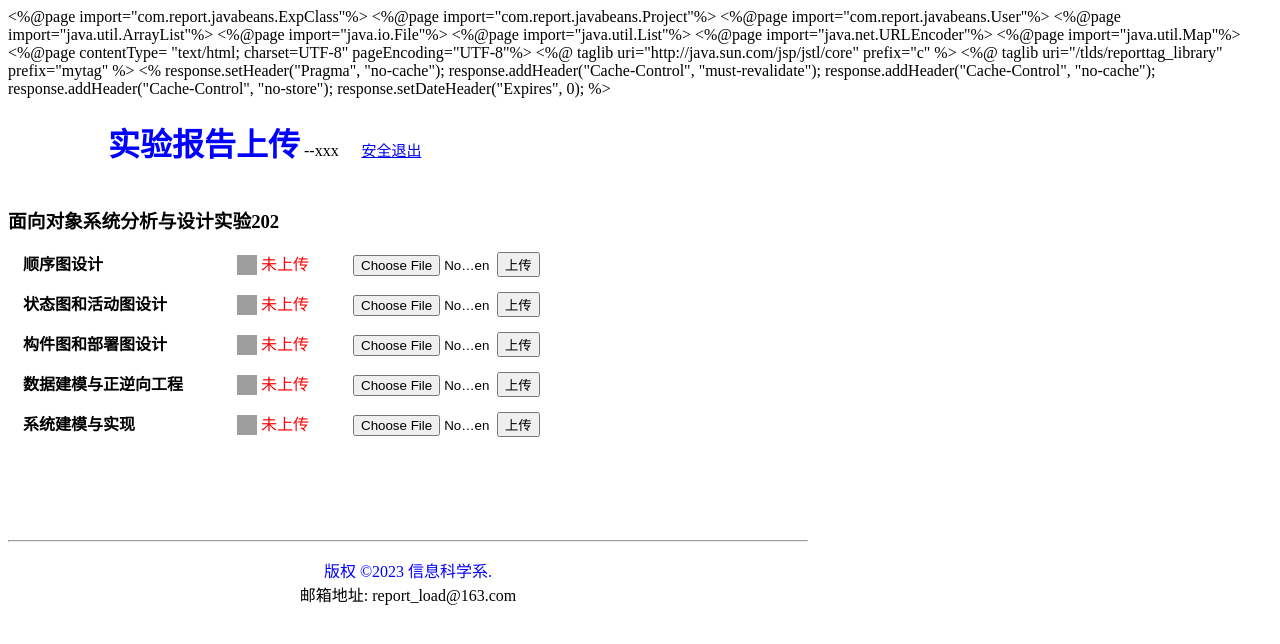
Repository: IAmJiangWenHao/ReportServer
Page: web/demo.html
The author's editor kept a copy of each file at every save. The page is drawn from the files as they stood at one save, then again after the next save.
The browser window is 1280 px wide. The pictures show the whole page.
Pictures or frames that could not be fetched are drawn as grey boxes.

Above is the page before, as saved 2023-05-19 18:37:04.
Console error: SyntaxError: Invalid or unexpected token

### web/demo.html
<%@page import="com.report.javabeans.ExpClass"%>
<%@page import="com.report.javabeans.Project"%>
<%@page import="com.report.javabeans.User"%>
<%@page import="java.util.ArrayList"%>
<%@page import="java.io.File"%>
<%@page import="java.util.List"%>
<%@page import="java.net.URLEncoder"%>
<%@page import="java.util.Map"%>
<%@page contentType= "text/html; charset=UTF-8" pageEncoding="UTF-8"%>

<%@ taglib uri="http://java.sun.com/jsp/jstl/core" prefix="c" %>
<%@ taglib uri="/tlds/reporttag_library" prefix="mytag" %>
<!--script type="text/javascript" src="${pageContext.request.contextPath}/script/scriptV1.js?v=1.0"></script-->
<!DOCTYPE html>
<html>
  <%
    response.setHeader("Pragma", "no-cache");
    response.addHeader("Cache-Control", "must-revalidate");
    response.addHeader("Cache-Control", "no-cache");
    response.addHeader("Cache-Control", "no-store");
    response.setDateHeader("Expires", 0);
  %>
  <head>
    <meta http-equiv="Content-Type" content="text/html; charset=UTF-8">
    <title>实验上传系统 </title>
  </head>
  <body>
    <div>
      <h1 style="padding-left:100px;display:inline-block"><font color="blue">实验报告上传</font></h1>
      <div style="display:inline-block">--xxx</div>
      <div style="display:inline-block">
        <font style="font-size:15px;color:red">&nbsp;&nbsp;&nbsp;&nbsp;
        <a href="exit.jsp">安全退出</a></font></div>
      <!-- 课程 -->

        <div id="course1">
          <h3 style="display:inline-block"><div id="">面向对象系统分析与设计实验202</div> </h3>
          <!-- 实验项目 -->

            <div id="project11">
              <b><div id="prj" style="height:40px;width:200px;display:inline-block;padding-left:15px">顺序图设计</div></b>
              <div style="display:inline-block;padding-left:10px" id="prj11">
                <div id="result" style="width:100px;display:inline-block;">

                    <img style="vertical-align:bottom" height="20px;" width="20px" src="img/undone.jpg">
                    <font color="#FF0000">未上传&nbsp;</font>

                </div>
                &nbsp;&nbsp;
                <input type="file" id="file11" style="width:140px;" onchange="fileChange(this);">
                <input type="button" id="btn11" value="上传" onclick="upload(this.id)">
                <div id="progress" class="progress" style="display:inline-block;">
                  <div style="text-align:center" id="step" class="step"> </div>
                </div>
              </div>
            </div>

            <div id="project12">
              <b><div id="prj" style="height:40px;width:200px;display:inline-block;padding-left:15px">状态图和活动图设计</div></b>
              <div style="display:inline-block;padding-left:10px" id="prj12">
                <div id="result" style="width:100px;display:inline-block;">

                    <img style="vertical-align:bottom" height="20px;" width="20px" src="img/undone.jpg">
                    <font color="#FF0000">未上传&nbsp;</font>

                </div>
                &nbsp;&nbsp;
                <input type="file" id="file12" style="width:140px;" onchange="fileChange(this);">
                <input type="button" id="btn12" value="上传" onclick="upload(this.id)">
                <div id="progress" class="progress" style="display:inline-block;">
                  <div style="text-align:center" id="step" class="step"> </div>
                </div>
              </div>
            </div>

            <div id="project13">
              <b><div id="prj" style="height:40px;width:200px;display:inline-block;padding-left:15px">构件图和部署图设计</div></b>
              <div style="display:inline-block;padding-left:10px" id="prj13">
                <div id="result" style="width:100px;display:inline-block;">

                    <img style="vertical-align:bottom" height="20px;" width="20px" src="img/undone.jpg">
                    <font color="#FF0000">未上传&nbsp;</font>

                </div>
                &nbsp;&nbsp;
                <input type="file" id="file13" style="width:140px;" onchange="fileChange(this);">
                <input type="button" id="btn13" value="上传" onclick="upload(this.id)">
                <div id="progress" class="progress" style="display:inline-block;">
                  <div style="text-align:center" id="step" class="step"> </div>
                </div>
              </div>
            </div>

            <div id="project14">
              <b><div id="prj" style="height:40px;width:200px;display:inline-block;padding-left:15px">数据建模与正逆向工程</div></b>
              <div style="display:inline-block;padding-left:10px" id="prj14">
                <div id="result" style="width:100px;display:inline-block;">

                    <img style="vertical-align:bottom" height="20px;" width="20px" src="img/undone.jpg">
                    <font color="#FF0000">未上传&nbsp;</font>

                </div>
                &nbsp;&nbsp;
                <input type="file" id="file14" style="width:140px;" onchange="fileChange(this);">
                <input type="button" id="btn14" value="上传" onclick="upload(this.id)">
                <div id="progress" class="progress" style="display:inline-block;">
                  <div style="text-align:center" id="step" class="step"> </div>
                </div>
              </div>
            </div>

            <div id="project15">
              <b><div id="prj" style="height:40px;width:200px;display:inline-block;padding-left:15px">系统建模与实现</div></b>
              <div style="display:inline-block;padding-left:10px" id="prj15">
                <div id="result" style="width:100px;display:inline-block;">

                    <img style="vertical-align:bottom" height="20px;" width="20px" src="img/undone.jpg">
                    <font color="#FF0000">未上传&nbsp;</font>

                </div>
                &nbsp;&nbsp;
                <input type="file" id="file15" style="width:140px;" onchange="fileChange(this);">
                <input type="button" id="btn15" value="上传" onclick="upload(this.id)">
                <div id="progress" class="progress" style="display:inline-block;">
                  <div style="text-align:center" id="step" class="step"> </div>
                </div>
              </div>
            </div>

        </div>

      <div style=" width: 800px;height:80px;position:absolute;bottom:15%">
        <hr><p align="center"><font color="blue">
    版权 ©2023  信息科学系.</font>
<br>邮箱地址: report_load@163.com

      </p></div>
    </div>

      <script>
var isIE = /msie/i.test(navigator.userAgent) && !window.opera;
function fileChange(target) {
  var fileSize = 0;
  var filetypes = [".pdf"];
  var filepath = target.value;
  var filemaxsize = 1024 * 8;//8M
  if (filepath) {
    var isnext = false;
    var fileend = filepath.substring(filepath.lastIndexOf("."));
    if (filetypes && filetypes.length > 0) {
      for (var i = 0; i < filetypes.length; i++) {
        if (filetypes[i] === fileend) {
          isnext = true;
          break;
        }
      }
    }
    if (!isnext) {
      alert("不接受此文件类型！");
      target.value = "";
      return false;
    }
  } else {
    return false;
  }
  if (isIE && !target.files) {
    var filePath = target.value;
    var fileSystem = new ActiveXObject("Scripting.FileSystemObject");
    if (!fileSystem.FileExists(filePath)) {
      alert("附件不存在，请重新输入！");
      return false;
    }
    var file = fileSystem.GetFile(filePath);
    fileSize = file.Size;
  } else {
    fileSize = target.files[0].size;
  }
  var size = fileSize / 1024;
  if (size > filemaxsize) {
    alert("附件大小不能大于" + filemaxsize / 1024 + "M！");
    target.value = "";
    return false;
  }
  if (size <= 0) {
    alert("附件大小不能为0M！");
    target.value = "";
    return false;
  }
}
function Check()
{
  for (var i = 0; i < document.form1.elements.length - 1; i++)
  {
    if (document.form1.elements[i].value === "")
    {
      alert("不可空！");
      document.form1.elements[i].focus();
      return false;
    }
  }
  return true;
}

function getAppPath() {
  //获取当前URL
  var curURL = window.document.location.href;
  //获取主机地址之后的路径部分（就是文件地址）
  var pathName = window.document.location.pathname;
  var pos = curURL.indexOf(pathName);
  //获取应用地址
  var host = curURL.substring(0, pos);
  //获取带"/"的应用名，如：/***
  var webAppName = pathName.substring(0, pathName.substr(1).indexOf('/') + 1);
  return host + webAppName;
}

function getFile(id) {
  var prj = id.parentElement.parentElement.parentElement;
  var courseID = prj.parentElement.getElementsByTagName("div")[0].innerHTML.toString();
  var projectID = prj.getElementsByTagName("div")[0].innerHTML.toString();
  const durl = getAppPath() + "/browsePDFV1.do?projectID=" + encodeURIComponent(projectID) + "&&courseID=" + encodeURIComponent(courseID);
  //browsePDF.do 后端传送实验报告
  window.open(durl);
}
function openPostWindow(id){
     var prj = id.parentElement.parentElement.parentElement;
     var data=new Array;
     var key=new Array;
     key[0]="courseID";
     key[1]="projectID";
  data[0]= prj.parentElement.getElementsByTagName("div")[0].innerHTML.toString();
  data[1]= prj.getElementsByTagName("div")[0].innerHTML.toString();

    //创建form表单，以下是form表单的各种参数
    let tempForm = document.createElement("form");
    tempForm.id = "tempForm";
    tempForm.method = "post";
    tempForm.action = getAppPath() + "/browsePDFV1.do";
    //tempForm.target = 'blank';
    tempForm.download = ""
    //创建标签 <input></input> 标签 然后设定属性，最后追加为 form标签的子标签
    for (let i in data) {
       alert(key[i],data[i])
        let hideInput = document.createElement("input")
        hideInput.type = "hidden"
        hideInput.name =key[i]
        hideInput.value = data[i]
        tempForm.appendChild(hideInput)
    }
    if (document.all) {
      tempForm.attachEvent("onsubmit", function () {
      });        //IE
    } else {
      let subObj = tempForm.addEventListener("submit", function () {
      }, false);    //firefox
    }
    document.body.appendChild(tempForm);
    if (document.all) {
      tempForm.fireEvent("onsubmit");
    } else {
      tempForm.dispatchEvent(new Event("submit"));
    }
    tempForm.submit();//提交POST请求
    document.body.removeChild(tempForm);//删除整个form标签

  };



function upload(id) {
  var s;
  s = document.getElementById(id).parentElement.id;
  var prj = document.getElementById(s).parentElement;
  const courseID = prj.parentElement.getElementsByTagName("div")[0].innerHTML.toString();
  const projectID = prj.getElementsByTagName("div")[0].innerHTML.toString();
  //alert(courseID);
  //alert(projectID);
  //return;
  //var course = prj.parentElement.getElementsByTagName("div")[0].innerHTML;
  const fileid = document.getElementById(s).getElementsByTagName("input")[0];
  var uploadFile;
  const result = document.getElementById(s).getElementsByTagName("div")[0];
  const btn = document.getElementById(s).getElementsByTagName("input")[1];
  const step = document.getElementById(s).getElementsByTagName("div")[2];
  if (fileid.value === "")
  {
    alert("文件不可空！");
    fileid.focus();
    return false;
  }
  var files = fileid.files;
  if (files.length === 0) {
    return;
  }
  uploadFile = files[0];
  var formData = new FormData();
  formData.append("projectId", projectId);//项目名
  formData.append("courseId", courseId);//课程名
  formData.append("file", uploadFile); // 后端通过 'file' 获取
  //1.创建请求对象
  const xhr = new XMLHttpRequest();
  //2.设置请求行(get请求数据写在url后面)
  xhr.open("post", "/WebApp_report/uploadCourseServlet");//!!!!!!!!!!!!!!!!!!!!!!!!!!!!!!!!!!!!!!!
  //upload.do 后端处理上传文件
  //3.设置请求头(get请求可以省略,post不发送数据也可以省略)
  // 如果使用 formData可以不写 请求头 写了 无法正常上传文件
  //  xhr.setRequestHeader("Content-type","application/x-www-form-urlencoded");
  // XHR2.0新增 上传进度监控
  xhr.upload.onprogress = function (event) {
    var percent = event.loaded / event.total * 100 + '%';
    //console.log(percent);
    // 设置进度条内部step的 宽度
    step.style.width = percent;
    //console.log(step.id);
  };
  //4.请求主体发送(get请求为空，或者写null，post请求数据写在这里，如果没有数据，直接为空或者写null)
  xhr.send(formData);
  //注册回调函数
  xhr.onload = function () {
    console.log(xhr.responseText);
    if (xhr.readyState === 4) {
      //判断响应码 2XX 表示成功
      if (xhr.status >= 200 && xhr.status <= 300) {
        //处理结果
        // console.log("test Post");//状态码
        //设置 result 显示的文本内容
        fileid.value = "";
        if (xhr.response.toString() === "文件上传成功！") {
          var fileName = "${user.username}-${user.fullname}-";
          fileName += prj.getElementsByTagName("div")[0].innerHTML.toString();
          result.innerHTML = "<a href='#'id='" + new Date().getTime() + "' onclick='getFile(this)'>" + "<img style='vertical-align: middle;' height='20px;' width='20px' src='img/check.jpg'/>检查上传</a>";
          step.innerHTML = "100%";
        } else
          step.innerHTML =xhr.response.toString();
      }
    }
  };
}
/*
function reload() {
  //1.创建请求对象
  const xhr = new XMLHttpRequest();
  //2.设置请求
  xhr.open("post", "/WebApp_report/LoadData.do");
  //3.发送请求
  xhr.send();
  //注册回调函数
  xhr.onload = function () {
    console.log(xhr.responseText);
    if (xhr.readyState === 4) {
      //判断响应码 2XX 表示成功
      if (xhr.status >= 200 && xhr.status <= 300) {
        //处理结果
        if (xhr.response.toString() === "courseData数据更新！") {
          console.log("courseData已更新");
        }
      }
    }
  };
}
</script>
</body>
</html>

After the next save:
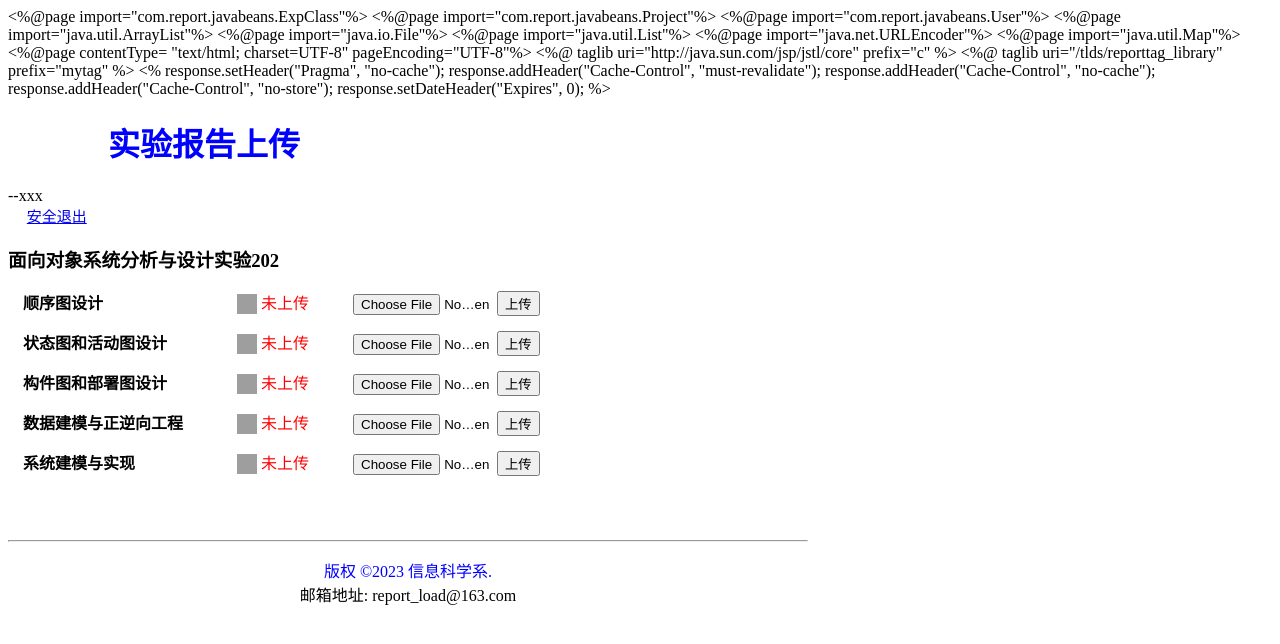
Saved 52 s later.
--- a/web/demo.html
+++ b/web/demo.html
@@ -25,7 +25,7 @@
     <title>实验上传系统 </title>
   </head>
   <body>
-    <div>
+    <div style="display: flex; flex-direction:column">
       <h1 style="padding-left:100px;display:inline-block"><font color="blue">实验报告上传</font></h1>
       <div style="display:inline-block">--xxx</div>
       <div style="display:inline-block">
